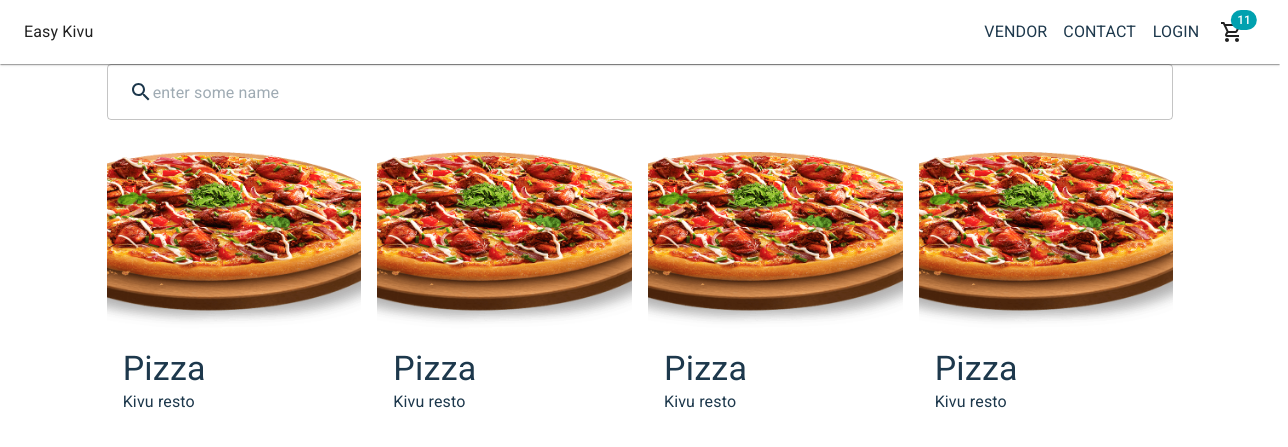
Repository: kilamaelie/jokes-dapp
Page: /
An editor plug-in stored every save of this project. The page is shown before and after the next save, followed by the edit.
The browser window is 1280 px wide. The page is 1280 px wide, then 1288 px, so the pictures cover 1288 px, including what lies to the right of the window. The pictures show the whole page.
The project was rebuilt for these pictures with package versions that can differ from the ones it lists, and the page was loaded fresh each time. Also part of the build but not shown: src/ui/page/dashboard/dashboard.js.

Above is the page before, as saved 2021-06-22 03:58:00.

### src/App.js
import React from 'react'
import {BrowserRouter as Router ,Switch,Route} from 'react-router-dom'
import {ThemeProvider } from "@material-ui/core/styles";
import theme from './App_theme/theme'
import CssBaseline from '@material-ui/core/CssBaseline'
import Main from './ui/page/website/main'
import Dashboards from  './ui/page/dashboard/dashboard'
import AppBars from './ui/widget/appbar'



const App =()=>{


  return (
    <ThemeProvider theme={theme}>
      <CssBaseline>
          <Router>
            <AppBars/>
            <Switch>
              <Route path='/dashboard' component={Dashboards}/>
              <Route path= '/' component={Main}/>
            </Switch>
          </Router>
      </CssBaseline>
    </ThemeProvider>
  )
}

export default App

### src/App_theme/theme.js
import {createMuiTheme} from '@material-ui/core/styles'


const theme =createMuiTheme({
    palette:{
        primary:{
          main: '#FFF'
        },
        secondary:{
          main: '#00A1AF'
        },
        background:{
          default:'#FFF'
        },
        text:{
          primary:'#1D384C'
        }

      }
})

export default theme

### src/ui/page/website/main.js
import React from 'react'
import {Switch,Route} from 'react-router-dom'
import Home from './screen/home'



const Main =()=>{
    return (
            <Switch>

                <Route exact path= '/' component={Home}/>
            </Switch>
        )
}

export default Main

### src/ui/widget/appbar.js
import React,{useState} from 'react'
import {Grid,AppBar,Toolbar,IconButton,Typography,Button,Dialog,DialogContent,DialogContentText,MenuItem,Menu,Badge} from '@material-ui/core';
import RestaurantMenuIcon from '@material-ui/icons/RestaurantMenu';
import AccountCircle from '@material-ui/icons/AccountCircle';
import NotificationsIcon from '@material-ui/icons/Notifications';
import MoreIcon from '@material-ui/icons/MoreVert';
import { useTheme} from '@material-ui/core/styles'
import useMediaQuery from '@material-ui/core/useMediaQuery';
import useStyles from '../style'
import {Link} from 'react-router-dom'
import ShoppingCartOutlinedIcon from '@material-ui/icons/ShoppingCartOutlined';




const AppBars =()=>{

  const classes = useStyles();
  const [open, setOpen] = useState(false);
  const theme = useTheme();
  const fullScreen = useMediaQuery(theme.breakpoints.down('sm'));

  const handleClickOpen = () => {
    setOpen(true);
  };
  const handleClose = () => {
    setOpen(false);
  };
  // for the app bar

  const [anchorEl, setAnchorEl] = React.useState(null);
  const [mobileMoreAnchorEl, setMobileMoreAnchorEl] = React.useState(null);

  const isMenuOpen = Boolean(anchorEl);
  const isMobileMenuOpen = Boolean(mobileMoreAnchorEl);

  const handleProfileMenuOpen = (event) => {
    setAnchorEl(event.currentTarget);
  };
  const handleMenuClose = () => {
    setAnchorEl(null);
    handleMobileMenuClose();
  };
  const handleMobileMenuClose = () => {
    setMobileMoreAnchorEl(null);
  };
  const handleMobileMenuOpen = (event) => {
    setMobileMoreAnchorEl(event.currentTarget);
  };
  const handleLogoutAndMenuClose = () =>{
    const logout = localStorage.removeItem('token')
    localStorage.removeItem('id')
    localStorage.removeItem('user')
    setAnchorEl(null);
    handleMobileMenuClose();
    window.location.reload();
    return logout
  }

  const menuId = 'primary-search-account-menu';
  const renderMenu = (
    <Menu
      anchorEl={anchorEl}
      anchorOrigin={{ vertical: 'top', horizontal: 'right' }}
      id={menuId}
      keepMounted
      transformOrigin={{ vertical: 'top', horizontal: 'right' }}
      open={isMenuOpen}
      onClose={handleMenuClose}
    >
      <MenuItem onClick={handleMenuClose}>Profile</MenuItem>
      <MenuItem onClick={handleLogoutAndMenuClose}>Logout</MenuItem>
    </Menu>
  );

  const mobileMenuId = 'primary-search-account-menu-mobile';
  const renderMobileMenu = (
    <Menu
      anchorEl={mobileMoreAnchorEl}
      anchorOrigin={{ vertical: 'top', horizontal: 'right' }}
      id={mobileMenuId}
      keepMounted
      transformOrigin={{ vertical: 'top', horizontal: 'right' }}
      open={isMobileMenuOpen}
      onClose={handleMobileMenuClose}
    >
          <MenuItem>
          <Typography className={classes.typoAppbar}>VENDOR</Typography>
          </MenuItem>
          <MenuItem>
           <Typography className={classes.typoAppbar}>Contact</Typography>
          </MenuItem>
          {/* {
            token!=null? <div>
               <MenuItem>
        <IconButton aria-label="show 11 new notifications" color="inherit">
          <Badge badgeContent={11} color="secondary">
            <NotificationsIcon />
          </Badge>
        </IconButton>
        <p>Notifications</p>
      </MenuItem>
      <MenuItem onClick={handleProfileMenuOpen}>
        <IconButton
          aria-label="account of current user"
          aria-controls="primary-search-account-menu"
          aria-haspopup="true"
          color="inherit"
        >
          <AccountCircle />
        </IconButton>
        <p>Profile</p>
      </MenuItem>
            </div>

            :  */}
             <div>
              <MenuItem>
            <Button onClick={handleClickOpen}><Typography className={classes.typoAppbar}>Login</Typography></Button>
                    <Dialog
                        // fullScreen={fullScreen}
                        open={open}
                        onClose={handleClose}
                        aria-labelledby="responsive-dialog-title"
                          >
                            <DialogContent>
                              <DialogContentText>
                                  {/* <Login/> */}
                              </DialogContentText>
                            </DialogContent>
                    </Dialog>
          </MenuItem>
            </div>
          {/* } */}


    </Menu>
  );
  return (
      <Grid container direction='row'>
          {/* <Grid item xs={1} sm={1}></Grid> */}
          <Grid item xs={12} sm={12}>
          <AppBar position="fixe" elevation={1}  >
        <Toolbar>
          {/* <IconButton
            component={Link}
            to='/'
            edge="start"
            className={classes.menuButton}
            color="inherit"
            aria-label="open drawer"
          >
            <RestaurantMenuIcon className={classes.icon} />
          </IconButton> */}
          <Typography className={classes.title}  noWrap>
            Easy Kivu
          </Typography>

          <div className={classes.grow} />
          <div className={classes.sectionDesktop}>
             <Button ><Typography className={classes.typoAppbar}>VENDOR</Typography></Button>
            <Button><Typography className={classes.typoAppbar}>CONTACT</Typography></Button>
            {/* {token!=null?
            <div>
            <IconButton aria-label="show 17 new notifications" color="inherit">
              <Badge badgeContent={17} color="secondary">
                <NotificationsIcon  color="secondary"/>
              </Badge>
            </IconButton>
            <IconButton
              edge="end"
              aria-label="account of current user"
              aria-controls={menuId}
              aria-haspopup="true"
              onClick={handleProfileMenuOpen}
              color="inherit"
            >
              <AccountCircle color="secondary" />
            </IconButton>
            </div>
            : */}
            <div>
               <Button onClick={handleClickOpen}><Typography className={classes.typoAppbar}>LOGIN</Typography></Button>
                <Dialog
                    // fullScreen={fullScreen}
                    open={open}
                    onClose={handleClose}
                    aria-labelledby="responsive-dialog-title"
                      >
                        <DialogContent>
                          <DialogContentText>
                          {/* <Login/> */}
                          </DialogContentText>
                        </DialogContent>

                    </Dialog>
            </div>

            {/* } */}

          </div>
          <IconButton aria-label="show 11 new notifications" color="inherit">
          <Badge badgeContent={11} color="secondary">
            <ShoppingCartOutlinedIcon />
          </Badge>
        </IconButton>
          <div className={classes.sectionMobile}>
            <IconButton
              aria-label="show more"
              aria-controls={mobileMenuId}
              aria-haspopup="true"
              onClick={handleMobileMenuOpen}
              color="inherit"
            >
              <MoreIcon className={classes.icon} />
            </IconButton>
          </div>
        </Toolbar>
      </AppBar>
      {renderMobileMenu}
      {renderMenu}
          </Grid>
          {/* <Grid item xs={1} sm={1}></Grid> */}
      </Grid>
  )

}
export default AppBars

### src/ui/page/website/screen/home.js
import React from 'react'
import useStyles from '../../../style'
import {Grid,TextField,InputAdornment} from '@material-ui/core'
import SearchIcon from '@material-ui/icons/Search';
import CardItem from '../screen/widget/card'


const Home = () =>{
    const classes =useStyles()

    return (
        <Grid container direction='row' >
            <Grid item xs={1} sm={1}></Grid>
            <Grid item xs={10} sm={10}  >
               <Grid container spacing={4} className={classes.margin_40} >

                   <Grid item xs={12} sm={12}>
                       <TextField
                        variant='outlined'
                        fullWidth
                        onFocus
                        placeholder="enter some name"
                        InputProps={{
                            startAdornment: (
                              <InputAdornment position="end">
                                <SearchIcon />
                              </InputAdornment>
                            ),
                          }}
                       />
                   </Grid>
                   <Grid item xs={12} sm={12}>
                       <Grid container spacing ={2}>
                           <Grid item xs={12} sm={3}>
                           <CardItem/>
                           </Grid>
                           <Grid item xs={12} sm={3}>
                           <CardItem/>
                           </Grid>
                           <Grid item xs={12} sm={3}>
                           <CardItem/>
                           </Grid>
                           <Grid item xs={12} sm={3}>
                           <CardItem/>
                           </Grid>
                       </Grid>
                   </Grid>
               </Grid>
            </Grid>
            <Grid item xs={1} sm={1}></Grid>
        </Grid>
    )
}

export default Home

### src/ui/style.js
import {makeStyles} from '@material-ui/core/styles'

export default makeStyles((theme)=>({

    app:{
        background:'white',
        //marginTop:10,
        // marginbo

    },
    title:{
        color:theme.palette.primary.secondary,
        fontWeight:400,

    },
    grow: {
        flexGrow: 1,
      },
      menuButton: {
        marginRight: theme.spacing(4),
      },
      title: {
        display: '',
        color:theme.palette.primary.secondary,
        fontWeight: 400 ,
        [theme.breakpoints.up('sm')]: {
          display: 'block',
          fontWeight: 400
        },
      },

      sectionDesktop: {
        display: 'none',
        [theme.breakpoints.up('md')]: {
          display: 'flex',
        },
      },
      sectionMobile: {
        display: 'flex',
        [theme.breakpoints.up('md')]: {
          display: 'none',
        },
      },
    icon:{
        color:theme.palette.primary.secondary,
    },
    typoAppbar:{
      color:theme.palette.primary.secondary,
      fontSize: 15,
      fontWeight:400
    },
    homeAppbar:{
      marginTop:40,
      backgroundColor:theme.palette.primary.secondary,
      height:80,
      borderRadius:"10px"
    },
    margin_40:{
      marginTop: 40,
      marginBottom:40
    }

}))

### src/ui/page/website/screen/widget/card.js
import React from 'react'
import {Grid,TextField,Typography} from '@material-ui/core'
import Card from '@material-ui/core/Card';
import CardActionArea from '@material-ui/core/CardActionArea';
import CardActions from '@material-ui/core/CardActions';
import CardContent from '@material-ui/core/CardContent';
import CardMedia from '@material-ui/core/CardMedia';
import Button from '@material-ui/core/Button';
import Pizza from '../../../../../assets/pizza.png'


const CardItem =()=>{
    return (
        <Card elevation={0} >
        {/* <CardActionArea> */}
          <CardMedia
            style={{height:180}}
            image={Pizza}
            // title={imagetitle}
          />
          <CardContent>
            <Typography variant="caption" variant='h4' component="h2" >
              Pizza
            </Typography>
            <Typography gutterBottom  component="h2" >
              Kivu resto
            </Typography>
            <Typography variant="body2" color="textSecondary" style={{height:40}}>

            </Typography>
          </CardContent>
        {/* </CardActionArea> */}
        <CardActions>
          <Grid container>
            <Grid item sm={6} md={6} xs={6} justify="center">
              <Typography variant="caption">

              </Typography>
            </Grid>
            <Grid item md={6} xs={6}>
              <Grid container direction="column" justify="center" alignItems="flex-end">
              <Button size="small" color="secondary" >

              </Button>
              </Grid>
            </Grid>
          </Grid>
        </CardActions>
      </Card>
    )
}


export default CardItem;

Loaded but not shown: public/index.html (common file); src/index.js (common file); src/index.css (common file); src/reportWebVitals.js (common file)

After the next save:
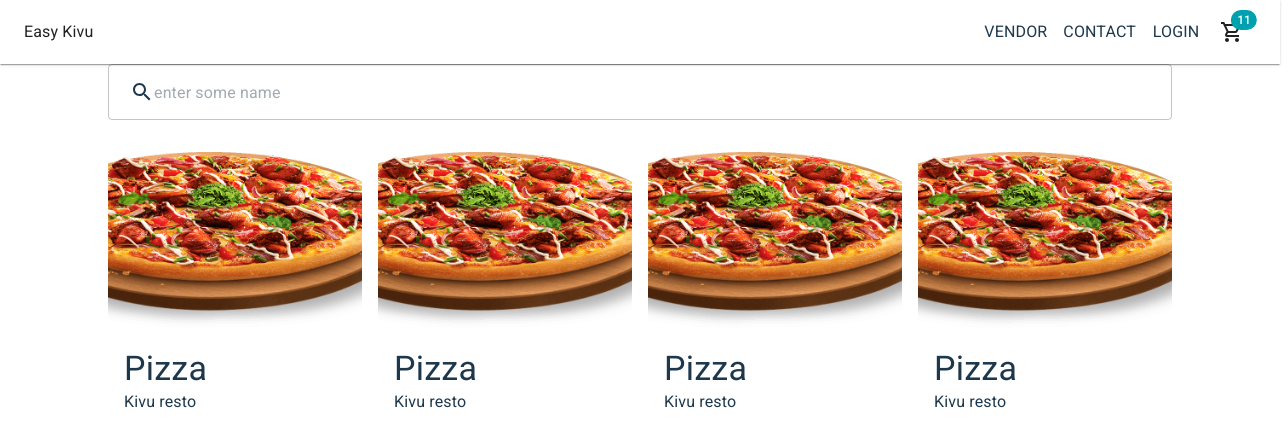
Saved 5 days later.
--- a/src/ui/page/website/screen/home.js
+++ b/src/ui/page/website/screen/home.js
@@ -9,7 +9,7 @@ const Home = () =>{
     const classes =useStyles()
 
     return (
-        <Grid container direction='row' >
+        <Grid container direction='row' spacing={2} >
             <Grid item xs={1} sm={1}></Grid>
             <Grid item xs={10} sm={10}  >
                <Grid container spacing={4} className={classes.margin_40} >
